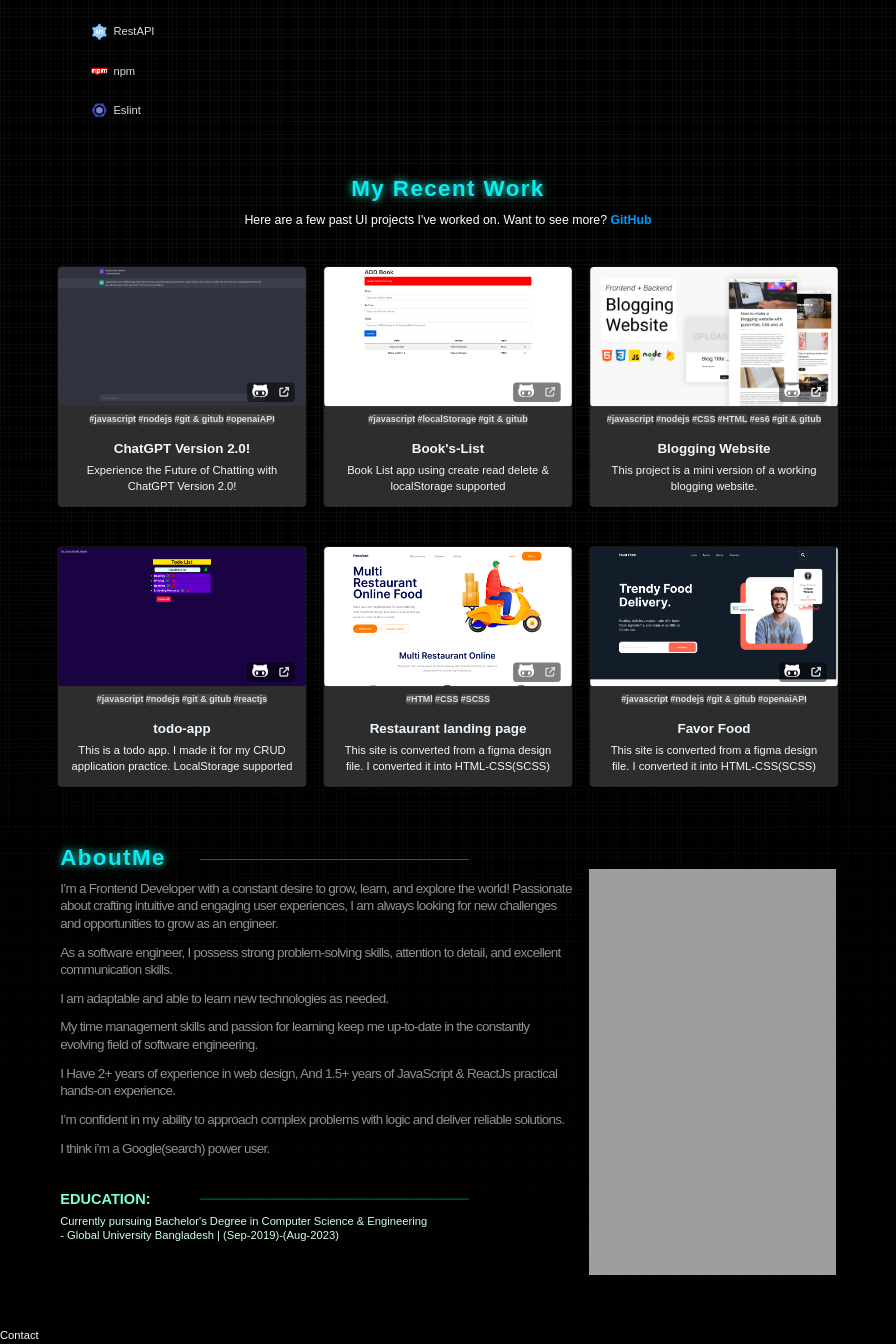
Repository: badhon252/my-portfolio
Page: /
The author's editor kept a copy of each file at every save. The page is drawn from the files as they stood at one save, then again after the next save.
The browser window is 1280 px wide. The pictures show the part of the page from y = 1389 to 3309 px (the page is 3309 px tall), at 70% of full size.
Pictures or frames that could not be fetched are drawn as grey boxes. The project was rebuilt for these pictures with package versions that can differ from the ones it lists, and the page was loaded fresh each time. Also part of the build but not shown: src/Components/Home/Header/HeaderContent/HeaderContent.css, src/Components/Home/Header/Navbar/Navs/GitHub/Github.module.css, src/Components/Home/Header/Navbar/Navs/LinkedIn/LinkedIn.module.css.

Above is the page before, as saved 2023-01-24 19:18:57.

After the next save:
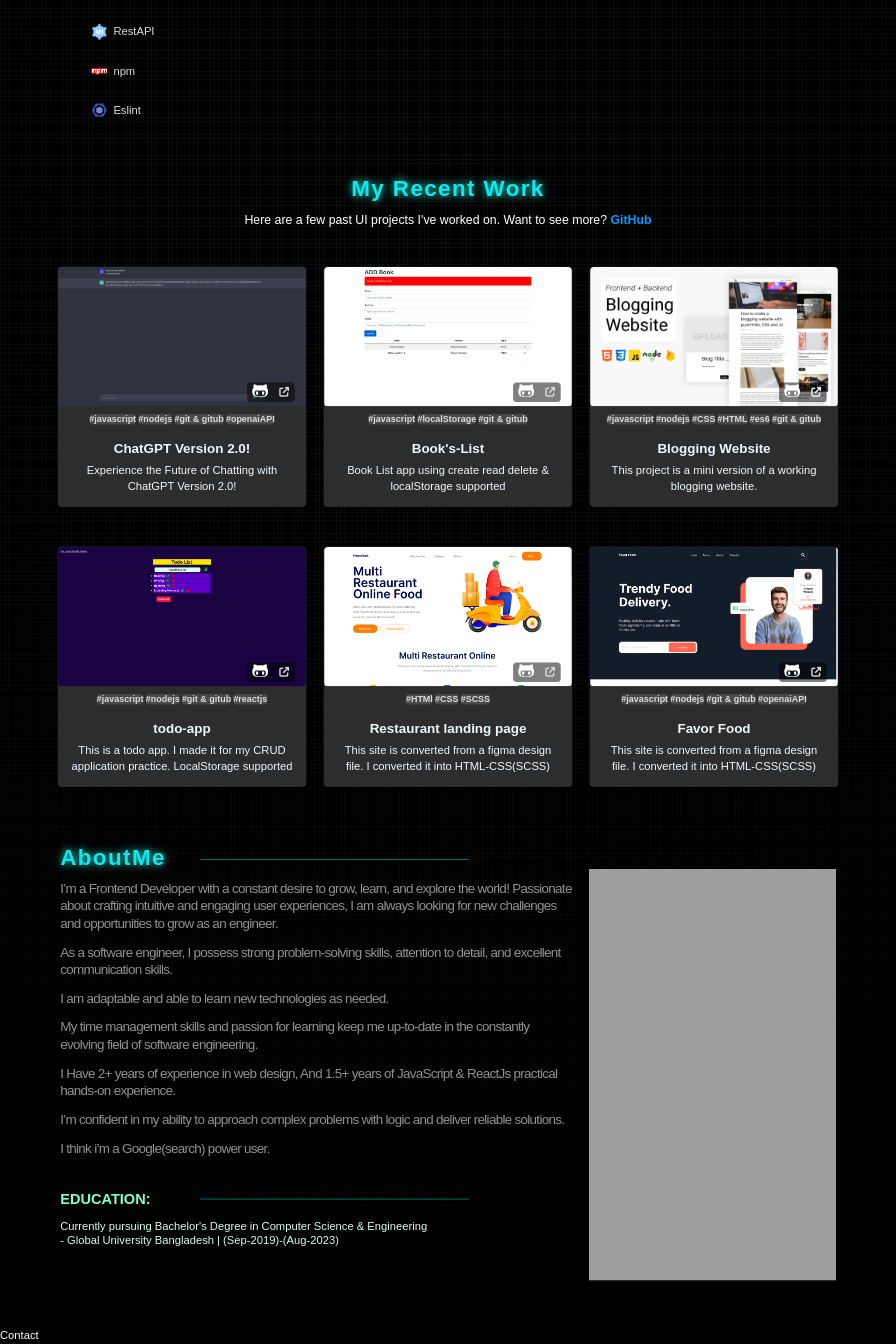
Saved 69 s later.
--- a/src/Components/Home/AboutMe/AboutMe.jsx
+++ b/src/Components/Home/AboutMe/AboutMe.jsx
@@ -22,7 +22,7 @@ const AboutMe = () => {
 
                         <div id="edu" className="my-5">
                         <h3 className="edu_title">EDUCATION:</h3>
-                            <h4>Currently pursuing Bachelor's Degree in Computer Science & Engineering <br />
+                            <h4 className="my-3">Currently pursuing Bachelor's Degree in Computer Science & Engineering <br />
                                 -  Global University Bangladesh | (Sep-2019)-(Aug-2023)</h4>
                         </div>
                     </div>
